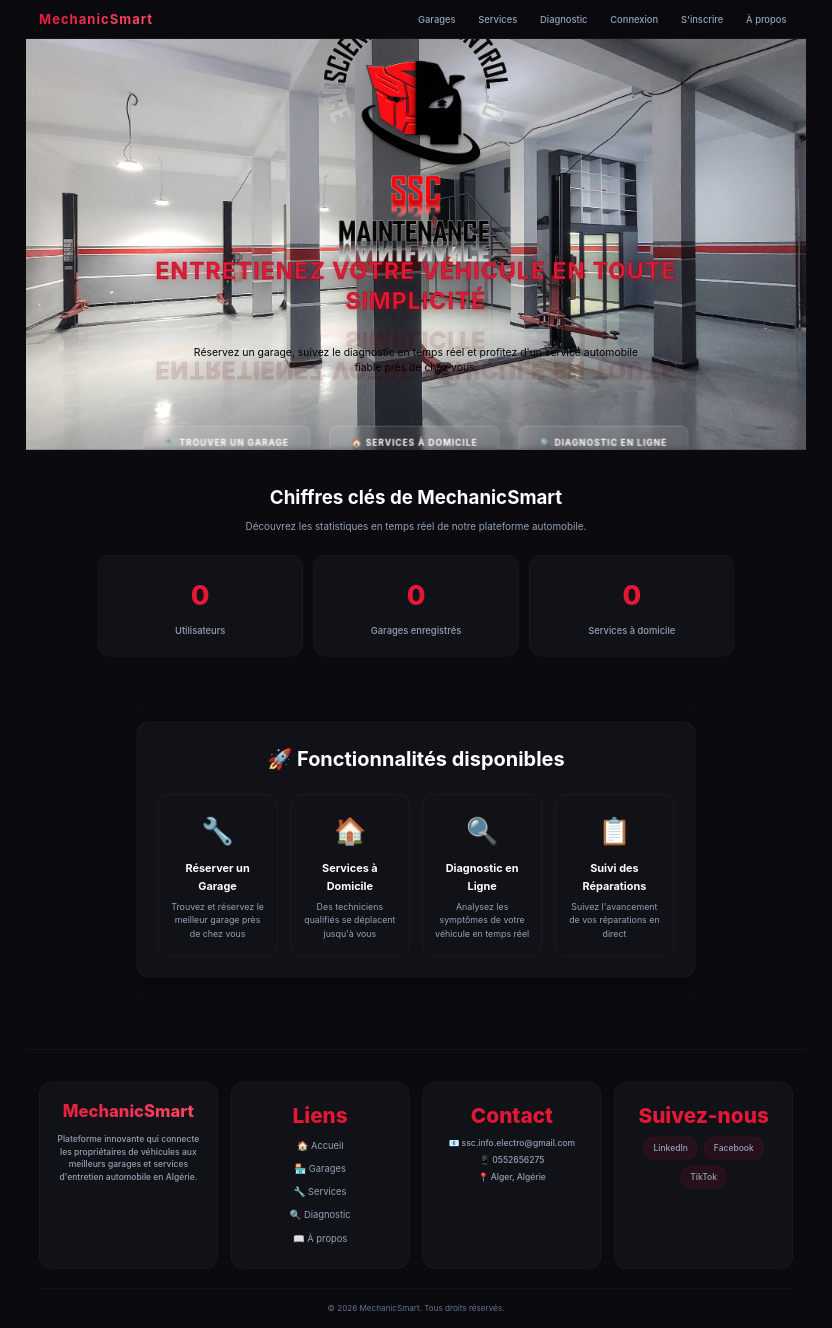
Repository: sscinfoelectro-oss/MPS-V-4
Page: / (app in frontend/)
These files come from the project's save history. The page is drawn as it stood at one moment and after the next save; the edit follows.
The browser window is 1280 px wide. The pictures show the whole page, at 65% of full size.
The page's requests for data from a server got no answer. The project was rebuilt for these pictures with package versions that can differ from the ones it lists, and the page was loaded fresh each time. No one was signed in, and anything a server would have sent is missing. Also part of the build but not shown: frontend/vite.config.js.

Above is the page before, as saved 2026-06-02 18:39:30.

After the next save:
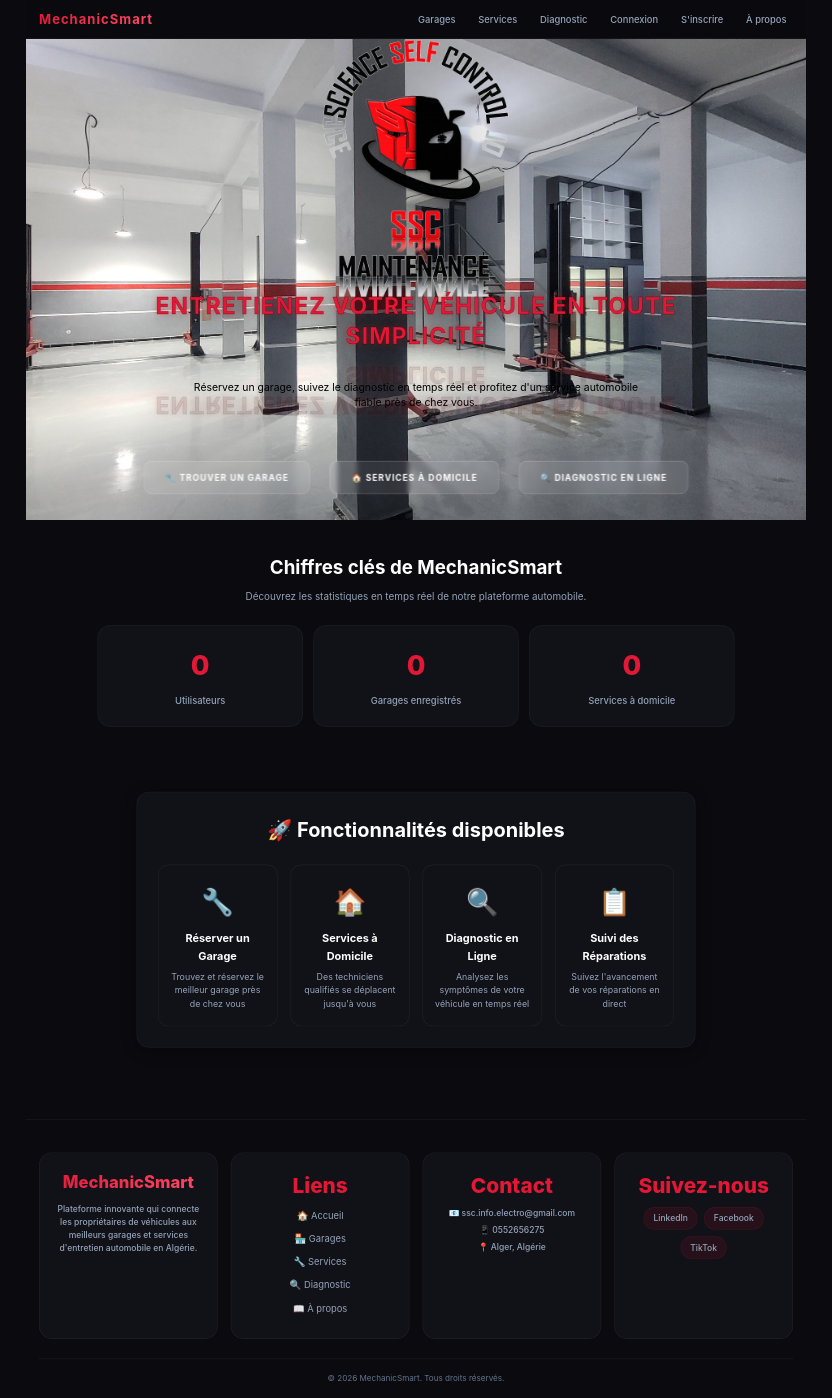
Saved 20 s later.
--- a/frontend/src/styles.css
+++ b/frontend/src/styles.css
@@ -144,13 +144,13 @@
 /* ===== HERO SECTION ===== */
 .hero-section {
   position: relative;
-  height: calc(100vh - 88px);
+  min-height: calc(100vh - 88px);
   display: flex;
   align-items: center;
   justify-content: center;
   text-align: center;
   color: white;
-  padding: 20px 14px;
+  padding: 40px 14px;
   background-size: cover;
   background-position: 70% center;
   overflow: hidden;
